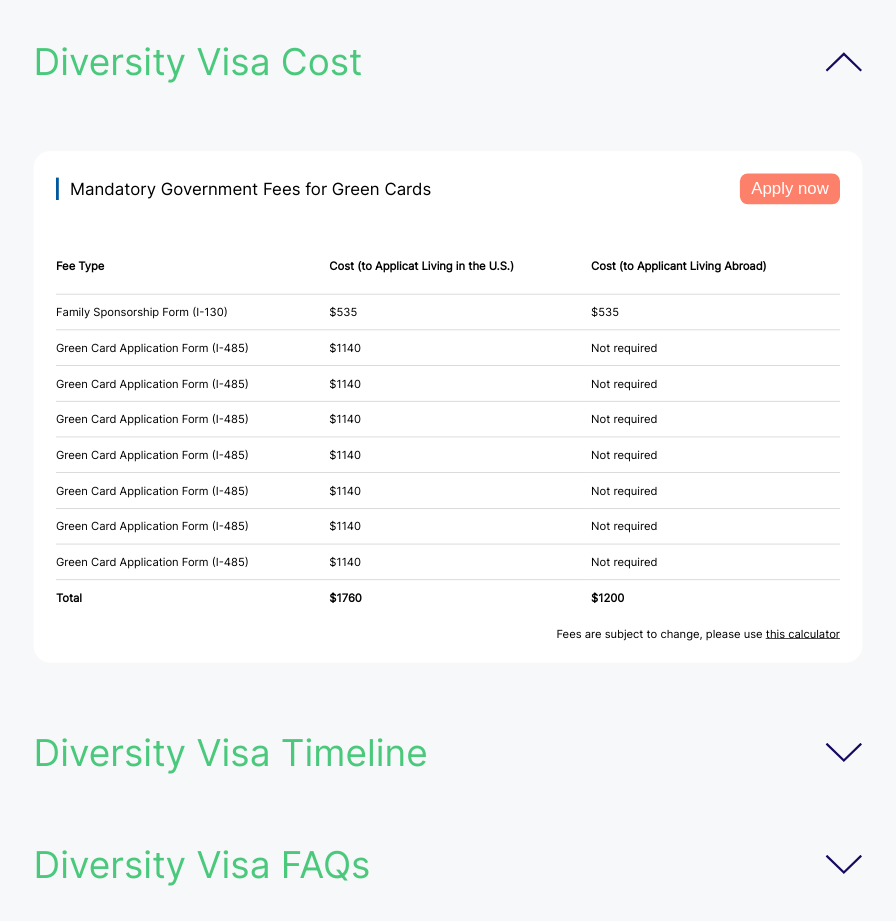
Repository: switch247/small_ui
Page: /
These files come from the project's save history. The page is drawn as it stood at one moment and after the next save; the edit follows.
The browser window is 1280 px wide. The pictures show the part of the page from y = 1024 to 2944 px (the page is 2339 px tall before and 2944 px after), at 70% of full size.
The project was rebuilt for these pictures with package versions that can differ from the ones it lists, and the page was loaded fresh each time.

Above is the page before, as saved 2023-10-12 17:40:25.

After the next save:
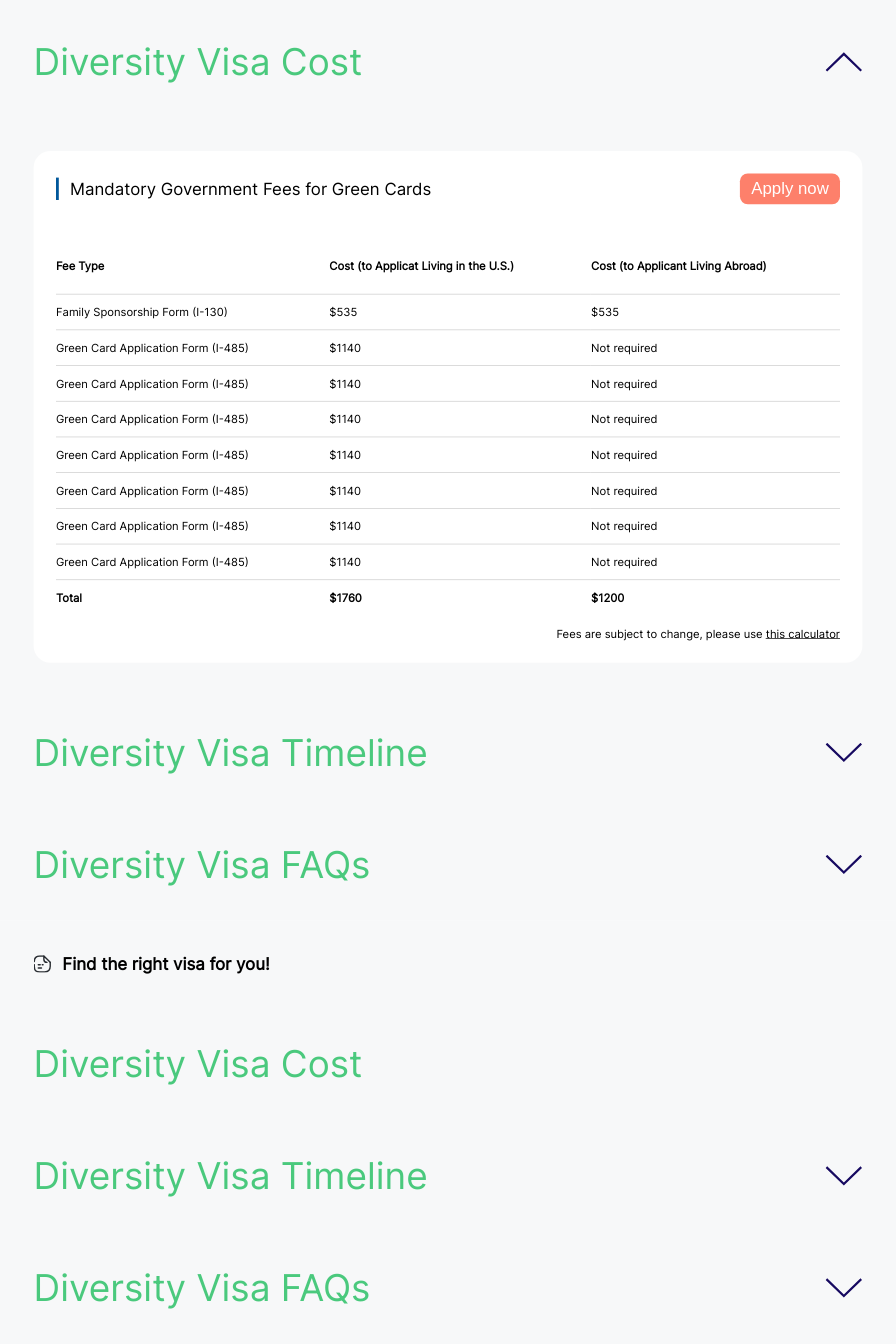
Saved 8 s later.
--- a/src/App.tsx
+++ b/src/App.tsx
@@ -3,12 +3,14 @@
 import Home from "./components/Home";
 import TableView from "./components/Table";
 import Description from "./components/Description";
+import Testmonials from "./components/Testmonials";
 
 function App() {
   return (
     <div className="App">
       <Home />
       <Description />
+      <Testmonials />
     </div>
   );
 }
